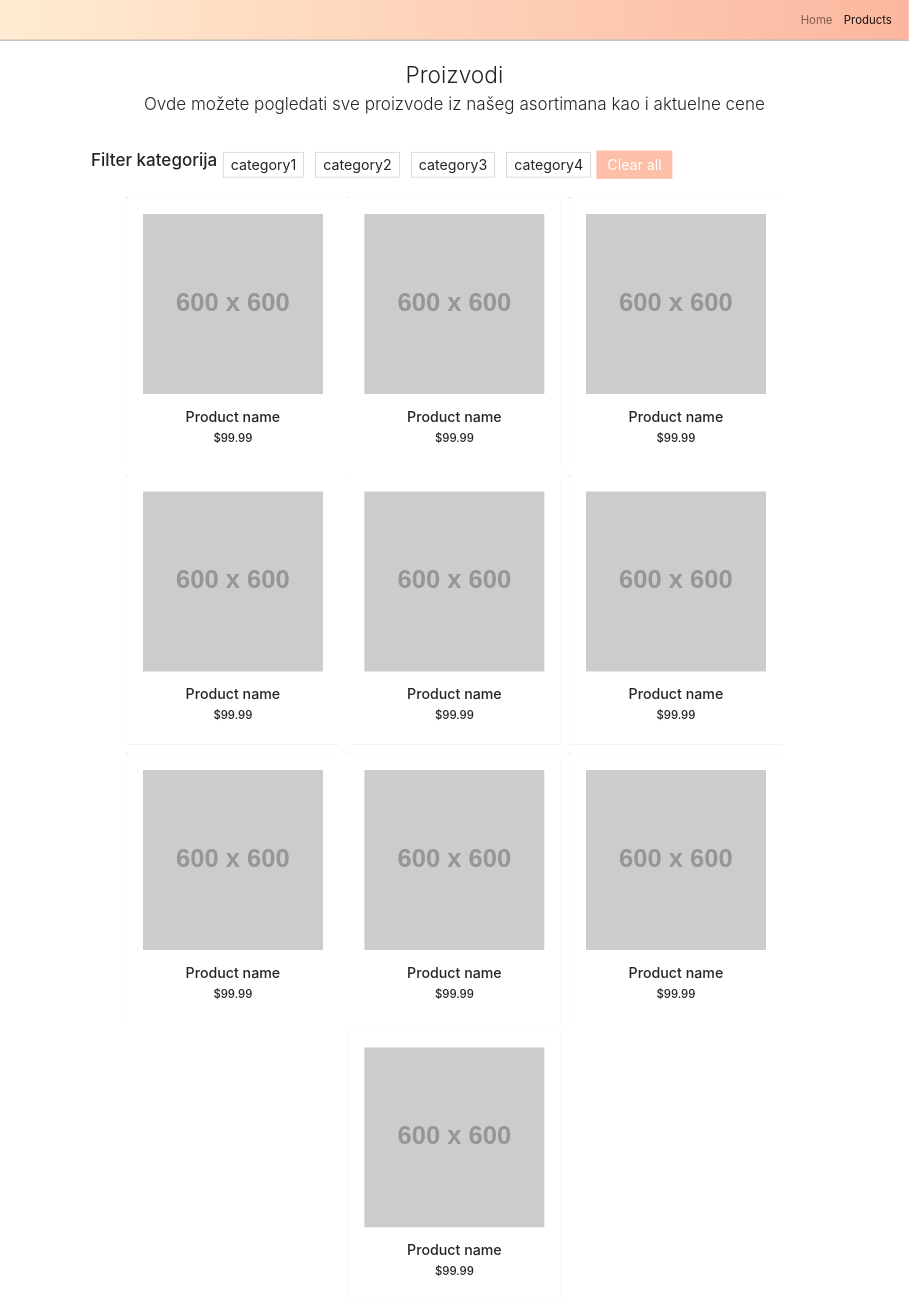
Repository: StevanFilipovic/TemplateForSinglepageWebsite
Page: products.html
The author's editor kept a copy of each file at every save. The page is drawn from the files as they stood at one save, then again after the next save.
The browser window is 1280 px wide. The pictures show the whole page, at 71% of full size.
Some web libraries are served in a nearby version.

Above is the page before, as saved 2018-06-15 10:31:06.

### products.html
<!doctype html>
<html>
<head>
	<meta charset="utf-8">
	<title>One Page Scroll</title>
	<meta name="title" content="Website by Stevan" />
	<meta name="description" content="Proizvodi"/>
    <link rel="shortcut icon" id="favicon" href="">
    <meta name="viewport" content="initial-scale=1, width=device-width, maximum-scale=1, minimum-scale=1, user-scalable=no">
	<link href='http://fonts.googleapis.com/css?family=Open+Sans:300,400,700' rel='stylesheet' type='text/css'>
	<link href='http://fonts.googleapis.com/css?family=Pacifico:400' rel='stylesheet' type='text/css'>
	<script type="text/javascript" src="http://code.jquery.com/jquery-1.9.1.js"></script>
  <link href='products-page-style.css' rel='stylesheet' type='text/css'>
  <!-- Da bi koristili less potrebno je odkomentarisati donje dve linije i uraditi konverziju css-a i ubaciti u dole navedene fajlove -->
  <!-- <link rel="stylesheet/less" type="text/css" href="onepage-scrool.less" /> -->
  <!-- <link rel="stylesheet/less" type="text/css" href="styles.less" /> -->
  <!-- <script src="less.js" type="text/javascript"></script> -->
  <link rel="stylesheet" href="https://stackpath.bootstrapcdn.com/bootstrap/4.1.1/css/bootstrap.min.css" integrity="sha384-WskhaSGFgHYWDcbwN70/dfYBj47jz9qbsMId/iRN3ewGhXQFZCSftd1LZCfmhktB" crossorigin="anonymous">

<script>
    $(document).ready(function() {
  var $products = $('.grid-products'),
      $filters = $("#filters input[type='checkbox']"),
      product_filter = new ProductFilterLevel1($products, $filters);
  product_filter.init();
});

function ProductFilterLevel1(products, filters) {
  var _this = this;

  this.init = function() {
    this.products = products;
    this.filters = filters;
    this.bindEvents();
  };

  this.bindEvents = function() {
    this.filters.click(this.filterGridProducts);
    $('#none').click(this.removeAllFilters);
  };

  this.filterGridProducts = function() {
    _this.products.hide();
    var selectedFilters = _this.filters.filter(':checked');
    if (selectedFilters.length) {
      var selectedFiltersValues = [];
      selectedFilters.each(function() {
        var currentFilter = $(this);
        selectedFiltersValues.push("[data-" + currentFilter.attr('name') + "='" + currentFilter.val() + "']");
      });
      _this.products.filter(selectedFiltersValues.join(',')).show();
    } else {
      _this.products.show();
    }
  };

  this.removeAllFilters = function() {
    _this.filters.prop('checked', false);
    _this.products.show();
  }
}
</script>

</head>
<body>
        <div class="header">
                <nav class="navbar navbar-expand-lg navbar-light">
                  <!-- <a class="navbar-brand" href="#">Navbar</a> -->
                  <button class="navbar-toggler" type="button" data-toggle="collapse" data-target="#navbarNavDropdown" aria-controls="navbarNavDropdown" aria-expanded="false" aria-label="Toggle navigation">
                    <span class="navbar-toggler-icon"></span>
                  </button>
                  <div class="collapse navbar-collapse justify-content-end" id="navbarNavDropdown">
                    <ul class="navbar-nav">
                      <li class="nav-item ">
                        <a class="nav-link" href="index.html">Home </a>
                      </li>
                      <li class="nav-item active">
                        <a class="nav-link" href="products.html">Products<span class="sr-only">(current)</span></a>
                      </li>
                      </li>
                    </ul>
                  </div>
                </nav>
                </div>
<div class="intro-text">
    <h2>Proizvodi</h2>
    <h4>Ovde možete pogledati sve proizvode iz našeg asortimana kao i aktuelne cene</h4>
</div>
<div id="filters" class="products">
    <div class="filter-wrapper">
      <h4>Filter kategorija</h4>
      <label class="filter-container dugme"><input type="checkbox" name="colour" id="category1" value="category1" ><span class="filters-title">category1</span></input></label>
      <label class="filter-container"><input type="checkbox" name="colour" id="category2" value="category2"><span class="filters-title">category2</span></input></label>
      <label class="filter-container"><input type="checkbox" name="colour" id="category3" value="category3"><span class="filters-title">category3</span></input></label>
      <label class="filter-container"><input type="checkbox" name="colour" id="category4" value="category4"><span class="filters-title">category4</span></input></label>
    </div>
    <div>
      <input class="button-clear dugme" type="button" id="none" value="Clear all"></input>
    </div>
  </div>

          <section class="products">
                <div class="product-card grid-products" data-colour="category1">
                    <div class="product-image">
                        <img src="http://via.placeholder.com/600x600">
                    </div>
                    <div class="product-info">
                        <h5>Product name</h5>
                        <h6>$99.99</h6>
                    </div>
                </div>

                <div class="product-card grid-products" data-colour="category1">
                    <div class="product-image">
                        <img src="http://via.placeholder.com/600x600">
                    </div>
                    <div class="product-info">
                        <h5>Product name</h5>
                        <h6>$99.99</h6>
                    </div>
                </div>

                <div class="product-card grid-products" data-colour="category2">
                    <div class="product-image">
                        <img src="http://via.placeholder.com/600x600">
                    </div>
                    <div class="product-info">
                        <h5>Product name</h5>
                        <h6>$99.99</h6>
                    </div>
                </div>

                <div class="product-card grid-products" data-colour="category2">
                    <div class="product-image">
                        <img src="http://via.placeholder.com/600x600">
                    </div>
                    <div class="product-info">
                        <h5>Product name</h5>
                        <h6>$99.99</h6>
                    </div>
                </div>

                <div class="product-card grid-products" data-colour="category3">
                    <div class="product-image">
                        <img src="http://via.placeholder.com/600x600">
                    </div>
                    <div class="product-info">
                        <h5>Product name</h5>
                        <h6>$99.99</h6>
                    </div>
                </div>

                <div class="product-card grid-products" data-colour="category3">
                    <div class="product-image">
                        <img src="http://via.placeholder.com/600x600">
                    </div>
                    <div class="product-info">
                        <h5>Product name</h5>
                        <h6>$99.99</h6>
                    </div>
                </div>

                <div class="product-card grid-products" data-colour="category3">
                    <div class="product-image">
                        <img src="http://via.placeholder.com/600x600">
                    </div>
                    <div class="product-info">
                        <h5>Product name</h5>
                        <h6>$99.99</h6>
                    </div>
                </div>

                <div class="product-card grid-products" data-colour="category4">
                    <div class="product-image">
                        <img src="http://via.placeholder.com/600x600">
                    </div>
                    <div class="product-info">
                        <h5>Product name</h5>
                        <h6>$99.99</h6>
                    </div>
                </div>

                <div class="product-card grid-products" data-colour="category4">
                    <div class="product-image">
                        <img src="http://via.placeholder.com/600x600">
                    </div>
                    <div class="product-info">
                        <h5>Product name</h5>
                        <h6>$99.99</h6>
                    </div>
                </div>

                <div class="product-card grid-products" data-colour="category4">
                    <div class="product-image">
                        <img src="http://via.placeholder.com/600x600">
                    </div>
                    <div class="product-info">
                        <h5>Product name</h5>
                        <h6>$99.99</h6>
                    </div>
                </div>

            </section>

</body>
</html>

### products-page-style.css
.header{
    background-image: linear-gradient(to right, #ffecd2 0%, #fcb69f 100%);
    border-bottom: 1px solid gray;
}
.intro-text{
  margin: 30px auto 50px;
}
.intro-text h2, .intro-text h4{
  text-align: center;
    font-weight: 300;
}
.products {
	display: flex;
    flex-wrap: wrap;
    width: 90%;
    margin: auto;
    justify-content: center;
}
#filters{
  margin-bottom: 20px;
  justify-content: start;
  width: 80%;
}

.product-card {
	display: flex;
	flex-direction: column;
    max-width: 300px;
	padding: 2%;
  /* flex: 1 16%; */
  margin: 6px;

	background-color: #FFF;
	box-shadow: 0px 0px 1px 0px rgba(0,0,0,0.25);
}

.product-image img {
	width: 100%;
}

.product-info {
	margin-top: auto;
	padding-top: 20px;
	text-align: center;
}

@media ( max-width: 920px ) {

	/* .product-card {
		flex: 1 21%;
	} */

	/* .products .product-card:first-child,
	.products .product-card:nth-child(2) {
		flex: 2 46%;
	} */

}

@media ( max-width: 600px ) {

	/* .product-card {
		flex: 1 46%;
	} */

}

@media ( max-width: 480px ) {

	h1 {
		margin-bottom: 20px;
	}

	.product-filter {
		flex-direction: column;
	}

	.sort {
		align-self: flex-start;
	}

}


/* Checkmark */

/* Customize the label (the container) */
.filter-container {
    display: block;
    position: relative;
    margin: auto 8px;
    cursor: pointer;
    font-size: 20px;
    -webkit-user-select: none;
    -moz-user-select: none;
    -ms-user-select: none;
    user-select: none;
    border: 1px solid #cccccc;
    padding: 2px 10px;
  }


.filter-category{
  border: 1px solid #cccccc;
  padding: 2px 10px;
  margin: auto 8px;
}

.dugme:focus{
  background: blue;
}

  /* Hide the browser's default checkbox */
  .filter-container input {
    position: absolute;
    opacity: 0;
    cursor: pointer;
  }

  /* Create a custom checkbox */
  .checkmark {
    position: absolute;
    top: 0;
    left: 0;
    height: 30px;
    width: 30px;
    background-color: #eee;
    display: none;
  }

  /* On mouse-over, add a grey background color */
  .filter-container:hover input ~ .checkmark {
    background-color: #ccc;
  }

  /* When the checkbox is checked, add a blue background */
  .filter-container input:checked ~ .checkmark {
    background-color: #fdbfa7;
  }

  /* Create the checkmark/indicator (hidden when not checked) */
  .checkmark:after {
    content: "";
    position: absolute;
    display: none;
  }

  /* Show the checkmark when checked */
  .filter-container input:checked ~ .checkmark:after {
    display: block;
  }

  /* Style the checkmark/indicator */
  .filter-container .checkmark:after {
    left: 9px;
    top: 5px;
    width: 10px;
    height: 15px;
    border: solid white;
    border-width: 0 3px 3px 0;
    -webkit-transform: rotate(45deg);
    -ms-transform: rotate(45deg);
    transform: rotate(45deg);
  }

  .filter-wrapper{
      display: contents;
      margin-bottom: 15px;
  }

  .button-clear{
    background: #FDBFA7;
    font-size: 20px;
    color: white;
    border-style: none;
    cursor: pointer;
    padding: 5px 15px;
  }

After the next save:
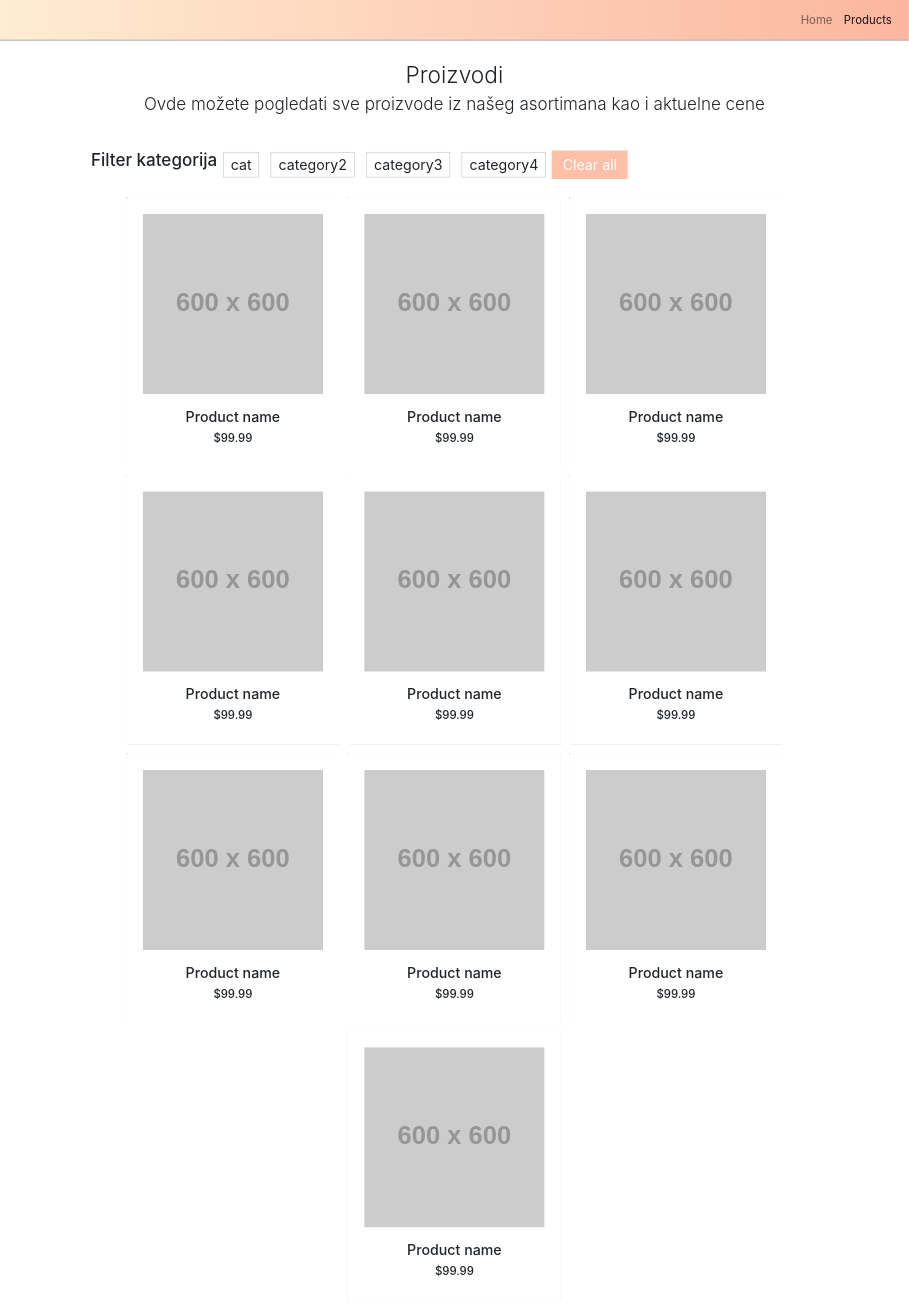
Saved 12 s later.
--- a/products.html
+++ b/products.html
@@ -89,7 +89,7 @@
 <div id="filters" class="products">
     <div class="filter-wrapper">
       <h4>Filter kategorija</h4>
-      <label class="filter-container dugme"><input type="checkbox" name="colour" id="category1" value="category1" ><span class="filters-title">category1</span></input></label>
+      <label class="filter-container dugme">cat</label>
       <label class="filter-container"><input type="checkbox" name="colour" id="category2" value="category2"><span class="filters-title">category2</span></input></label>
       <label class="filter-container"><input type="checkbox" name="colour" id="category3" value="category3"><span class="filters-title">category3</span></input></label>
       <label class="filter-container"><input type="checkbox" name="colour" id="category4" value="category4"><span class="filters-title">category4</span></input></label>

After the save that followed:
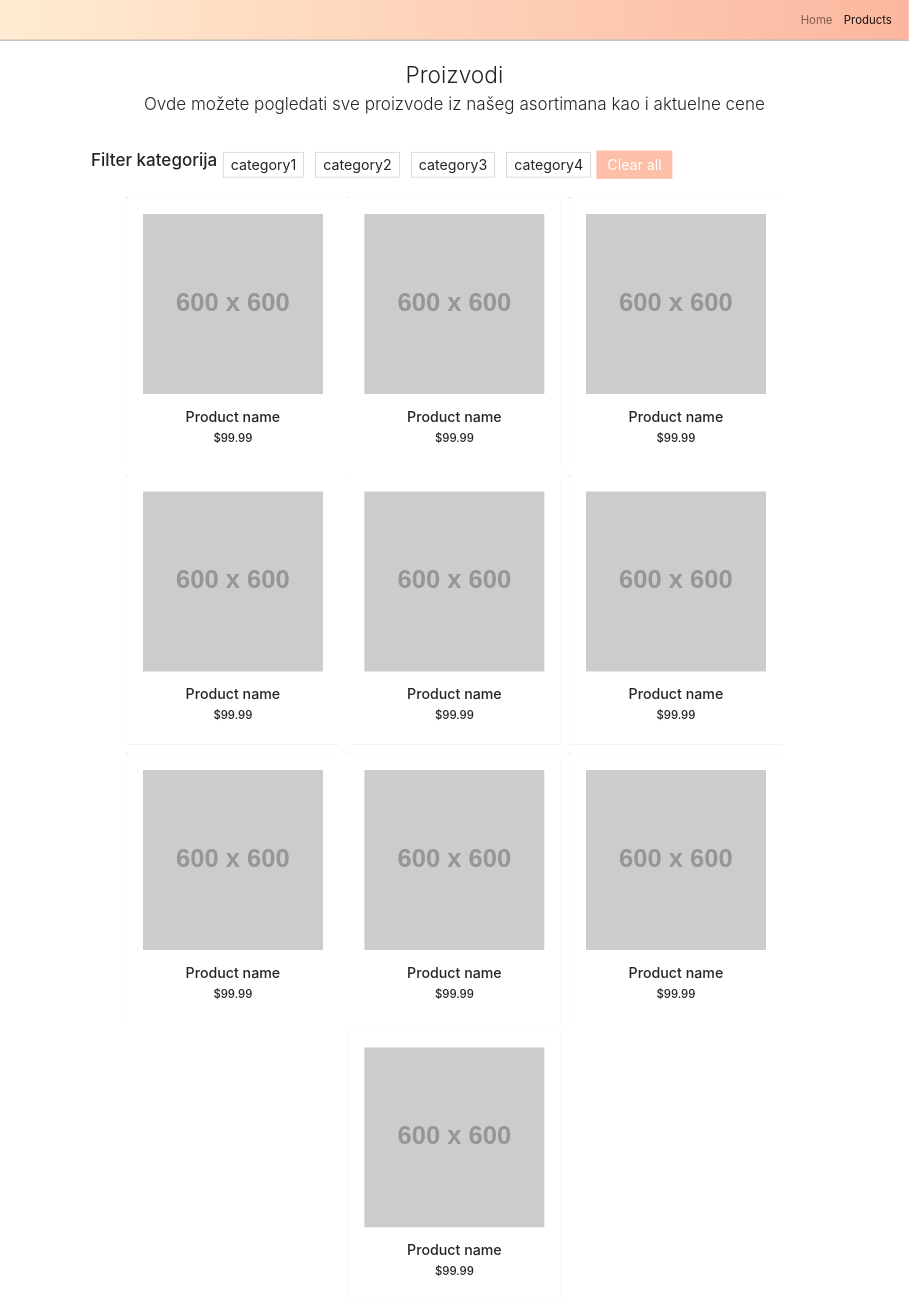
Saved 17 s later.
--- a/products.html
+++ b/products.html
@@ -89,7 +89,7 @@
 <div id="filters" class="products">
     <div class="filter-wrapper">
       <h4>Filter kategorija</h4>
-      <label class="filter-container dugme">cat</label>
+      <label class="filter-container"><input type="checkbox" name="colour" id="category1" value="category1" ><span class="filters-title">category1</span></input></label>
       <label class="filter-container"><input type="checkbox" name="colour" id="category2" value="category2"><span class="filters-title">category2</span></input></label>
       <label class="filter-container"><input type="checkbox" name="colour" id="category3" value="category3"><span class="filters-title">category3</span></input></label>
       <label class="filter-container"><input type="checkbox" name="colour" id="category4" value="category4"><span class="filters-title">category4</span></input></label>
